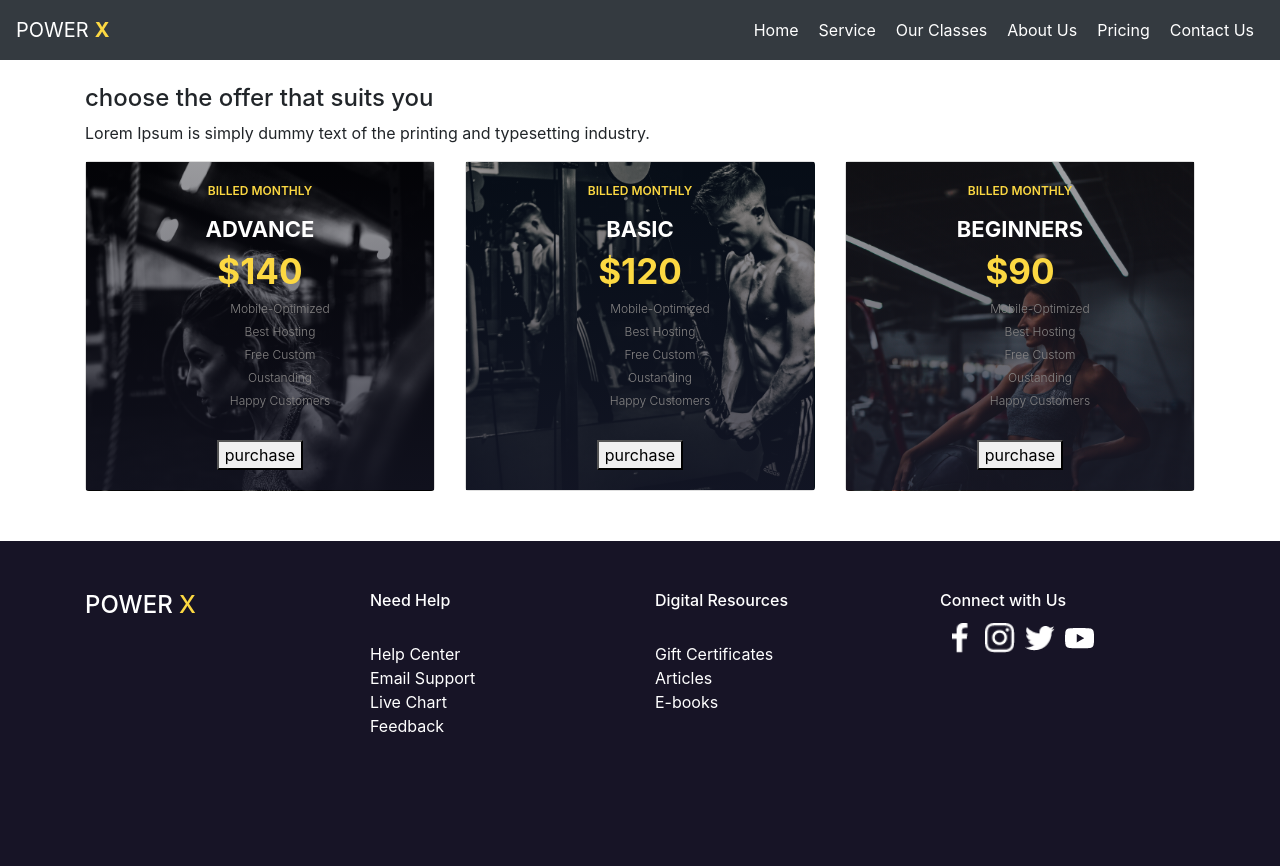
Repository: arif286/power-x-gym
Page: /pricing
The author's editor kept a copy of each file at every save. The page is drawn from the files as they stood at one save, then again after the next save.
The browser window is 1280 px wide. The pictures show the whole page.
The project was rebuilt for these pictures with package versions that can differ from the ones it lists, and the page was loaded fresh each time. Also part of the build but not shown: src/components/Classes/Classes.js, src/components/About/About.js, src/components/ChooseUs/ChooseUs.js, src/components/Programs/Programs.css, src/components/Programs/Programs.js, src/components/WorkOut/WorkOut.css, src/components/WorkOut/WorkOut.js, src/components/Home/Home.js.

Above is the page before, as saved 2021-04-07 23:52:01.

### src/index.js
import React from 'react';
import ReactDOM from 'react-dom';
import App from './App';
import "./index.css";
import reportWebVitals from './reportWebVitals';
ReactDOM.render(
  <React.StrictMode>
    <App />
  </React.StrictMode>,
  document.getElementById('root')
);

// If you want to start measuring performance in your app, pass a function
// to log results (for example: reportWebVitals(console.log))
// or send to an analytics endpoint. Learn more: https://bit.ly/CRA-vitals
reportWebVitals();

### src/App.js
import "bootstrap/dist/css/bootstrap.min.css";
import React from 'react';
import { BrowserRouter as Router, Route, Switch } from "react-router-dom";
import Classes from "./components/Classes/Classes";
import Footer from "./components/Footer/Footer";
import Header from './components/Header/Header';
import Home from './components/Home/Home';
import PricingPlan from "./components/PricingPlan/PricingPlan";
function App() {
  return (
    <div>
      <Router>
        <Header />
        <Switch>
          <Route path="/home">
            <Home />
          </Route>
          <Route path="/classes">
            <Classes/>
          </Route>
          <Route path='/pricing'>
            <PricingPlan/>
          </Route>
          <Route exact path="/">
            <Home />
          </Route>
        </Switch>
        <Footer />
      </Router>
    </div>
  );
}

export default App;

### src/components/Footer/Footer.js
import React from "react";
import { Col, Container, Row } from "react-bootstrap";
import { NavLink } from "react-router-dom";
import Facebook from "../../power-x-gym/Image & Icon/bxl-facebook.png";
import Instagram from "../../power-x-gym/Image & Icon/bxl-instagram.png";
import Twitter from "../../power-x-gym/Image & Icon/bxl-twitter.png";
import YouTube from "../../power-x-gym/Image & Icon/bxl-youtube.png";
import "./Footer.css";
const Footer = () => {
  return (
    <footer>
      <Container>
        <Row className="footer-title">
          <Col xs={12} sm={6} md={3} className="pb-5">
            <h4 style={{ color: "white" }}>
              POWER <span style={{ color: "#fcd842" }}>X</span>
            </h4>
          </Col>
          <Col xs={12} sm={6} md={3} className="pb-5">
            <h6>Need Help</h6>
            <ul className="footer-link">
              <li>
                <NavLink className="company-list" to="/">
                  Help Center
                </NavLink>
              </li>
              <li>
                <NavLink className="company-list" to="/">
                  {" "}
                  Email Support
                </NavLink>
              </li>
              <li>
                <NavLink className="company-list" to="/">
                  Live Chart
                </NavLink>
              </li>
              <li>
                <NavLink className="company-list" to="/">
                  Feedback
                </NavLink>
              </li>
            </ul>
          </Col>
          <Col xs={12} sm={6} md={3} className="pb-5">
            <h6>Digital Resources</h6>
            <ul className="footer-link">
              <li>
                <NavLink className="company-list" to="/">
                  Gift Certificates
                </NavLink>
              </li>
              <li>
                <NavLink className="company-list" to="/">
                  Articles
                </NavLink>
              </li>
              <li>
                <NavLink className="company-list" to="/">
                  E-books
                </NavLink>
              </li>
            </ul>
          </Col>
          <Col xs={12} sm={6} md={3} className="pb-5">
            <h6>Connect with Us</h6>
            <div className="social-link">
              <p>
                <a href="/">
                  <img className="social-img" src={Facebook} alt="" />
                </a>
              </p>
              <p className="social-link">
                <a href="/">
                  <img className="social-img" src={Instagram} alt="" />
                </a>
              </p>
              <p>
                <a href="/">
                  <img className="social-img" src={Twitter} alt="" />
                </a>
              </p>
              <p>
                <a href="/">
                  <img className="social-img" src={YouTube} alt="" />
                </a>
              </p>
            </div>
          </Col>
        </Row>
      </Container>
    </footer>
  );
};

export default Footer;

### src/components/Header/Header.js
import React from "react";
import { Nav, Navbar } from "react-bootstrap";
import { NavLink } from "react-router-dom";
import './Header.css';
const Header = () => {
  return (
    <div>
      <Navbar bg="dark" variant="dark" expand="lg">
        <Navbar.Brand href="#home">
          POWER
          <span
            style={{ color: "#FCD842", marginLeft: "6px", fontWeight: 700 }}
          >
            X
          </span>
        </Navbar.Brand>
        <Navbar.Toggle aria-controls="basic-navbar-nav" />
        <Navbar.Collapse id="basic-navbar-nav">
          <Nav className="ml-auto">
            <NavLink className="header-link" to="/home">
              Home
            </NavLink>
            <NavLink className="header-link" to="#features">
              Service
            </NavLink>
            <NavLink className="header-link" to="/classes">
              Our Classes
            </NavLink>
            <NavLink className="header-link" to="/features">
              About Us
            </NavLink>
            <NavLink className="header-link" to="/pricing">
              Pricing
            </NavLink>
            <NavLink className="header-link" to="/pricing">
              Contact Us
            </NavLink>
          </Nav>
        </Navbar.Collapse>
      </Navbar>
      <br />
    </div>
  );
};

export default Header;

### src/components/PricingPlan/PricingPlan.js
import React from "react";
import { Card, Col, Container, Row } from "react-bootstrap";
import './PricingPlan.css';

const PricingPlan = () => {
  return (
    <Container>
      <h4>choose the offer that suits you</h4>
      <p>
        Lorem Ipsum is simply dummy text of the printing and typesetting
        industry.
      </p>
      <Row className="row-cols-1 row-cols-sm-3">
        <Col>
          <Card className="advance-plan price-card">
            <Card.Body>
              <p>billed monthly</p>
              <h6>advance</h6>
              <h6 style={{ color: "#fcd842", fontSize: "35px" }}>$140</h6>
              <ul className="price-plan">
                <li>Mobile-Optimized</li>
                <li>Best Hosting</li>
                <li>Free Custom</li>
                <li>Oustanding</li>
                <li>Happy Customers</li>
              </ul>
              <button className="purchase-btn">purchase</button>
            </Card.Body>
          </Card>
        </Col>
        <Col>
          <Card className="basic-plan price-card">
            <Card.Body>
              <p>billed monthly</p>
              <h6>basic</h6>
              <h6 style={{ color: "#fcd842", fontSize: "35px" }}>$120</h6>
              <ul className="price-plan">
                <li>Mobile-Optimized</li>
                <li>Best Hosting</li>
                <li>Free Custom</li>
                <li>Oustanding</li>
                <li>Happy Customers</li>
              </ul>
              <button className="purchase-btn">purchase</button>
            </Card.Body>
          </Card>
        </Col>
        <Col>
          <Card className="beginner-plan price-card">
            <Card.Body>
              <p>billed monthly</p>
              <h6>beginners</h6>
              <h6 style={{ color: "#fcd842", fontSize: "35px" }}>$90</h6>
              <ul className="price-plan">
                <li>Mobile-Optimized</li>
                <li>Best Hosting</li>
                <li>Free Custom</li>
                <li>Oustanding</li>
                <li>Happy Customers</li>
              </ul>
              <button className="purchase-btn">purchase</button>
            </Card.Body>
          </Card>
        </Col>
      </Row>
    </Container>
  );
};

export default PricingPlan;

### src/components/Footer/Footer.css
footer {
  background-color: #171426;
  padding-top: 50px;
  padding-bottom: 80px;
  margin-top: 50px;
}
.footer-link {
  list-style: none;
  display: inline;
}
.company-list {
  text-decoration: none;
  color: white;
}
.company-list:hover {
  color: hotpink;
  text-decoration: none;
}
.social-link {
  display: flex;
}

.social-img {
  width: 30px;
  height: 30px;
  object-fit: contain;
}

.social-link p {
  padding: 5px;
  display: inline;
}

.social-link p a img:hover {
  background-color: #257cc3;
}
.footer-title h6 {
  color: white;
}

### src/components/Header/Header.css
.header-link {
  text-decoration: none !important;
  color: white;
  padding: 10px;
}
.header-link:hover {
  color: gray;
}

### src/components/PricingPlan/PricingPlan.css
.advance-plan {
  background-image: linear-gradient(#0708115e, #151626c4),
    url("../../power-x-gym/Image & Icon/hipcravo-5UbIqV58CW8-unsplash.jpg");
  background-repeat: no-repeat;
  background-size: cover;
}
.basic-plan {
  background-image: linear-gradient(#0708115e, #151626c4),
    url("../../power-x-gym/Image & Icon/daniel-apodaca-WdoQio6HPVA-unsplash.jpg");
  background-repeat: no-repeat;
  background-size: cover;
}
.beginner-plan {
  background-image: linear-gradient(#0708115e, #151626c4),
    url("../../power-x-gym/Image & Icon/penguinuhh-8VI6WwEEEHw-unsplash.jpg");
  background-repeat: no-repeat;
  background-size: cover;
}
.price-card {
  text-align: center;
}
.price-card p {
  color: #fcd842;
  text-transform: uppercase;
  font-size: 12px;
  font-weight: 600;
}

.price-card h6 {
  color: white;
  text-transform: uppercase;
  font-weight: 700;
  font-size: 22px;
}
.price-plan {
  list-style: none;
  margin-bottom: 25px;
  text-align: center;
  overflow: hidden;
}
.price-plan li {
  color: #868484;
  font-size: 12px;
  font-weight: 300;
  padding-bottom: 5px;
}

Loaded but not shown: public/index.html (common file); src/index.css (common file); src/reportWebVitals.js (common file)

After the next save:
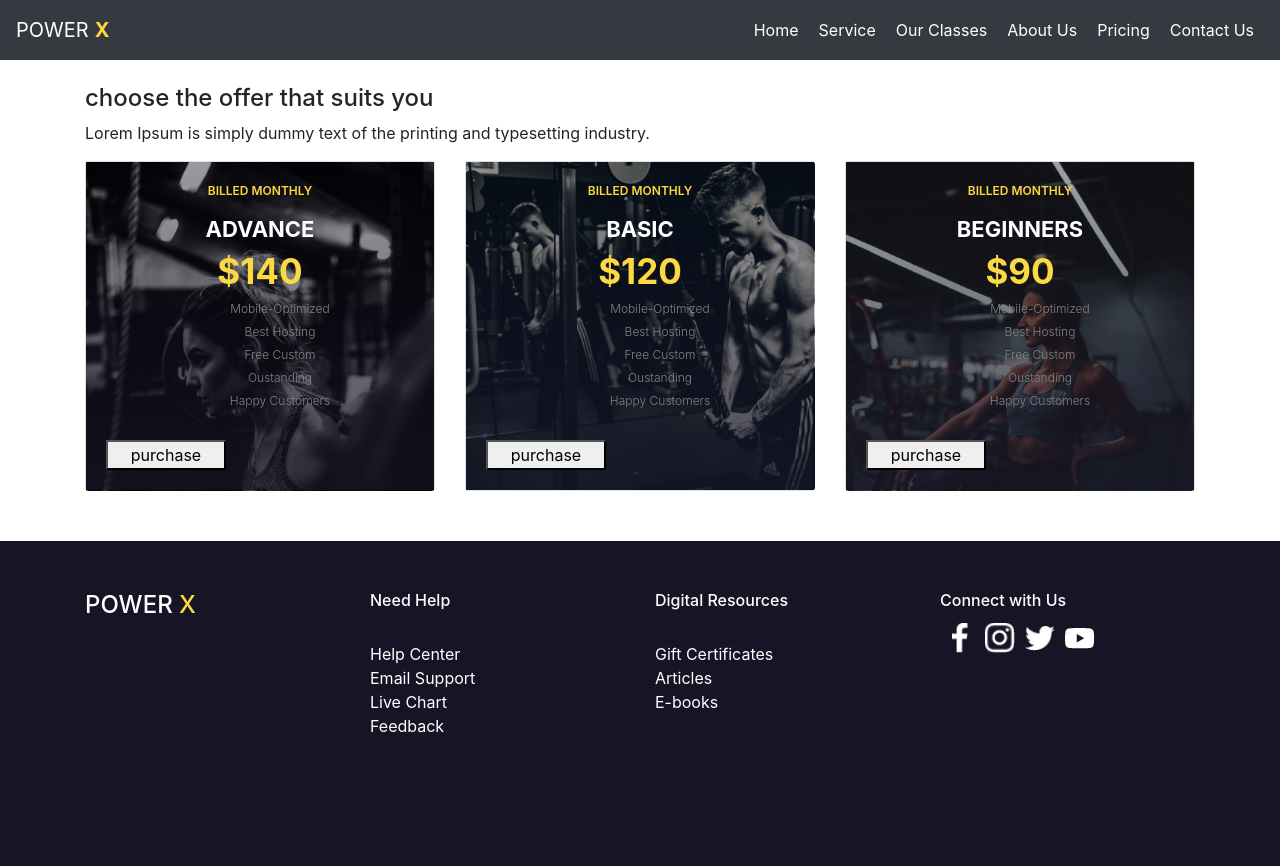
Saved 31 s later.
--- a/src/components/PricingPlan/PricingPlan.css
+++ b/src/components/PricingPlan/PricingPlan.css
@@ -44,3 +44,8 @@
   font-weight: 300;
   padding-bottom: 5px;
 }
+.purchase-btn {
+  outline: none;
+  display: block;
+  width: 120px;
+}
